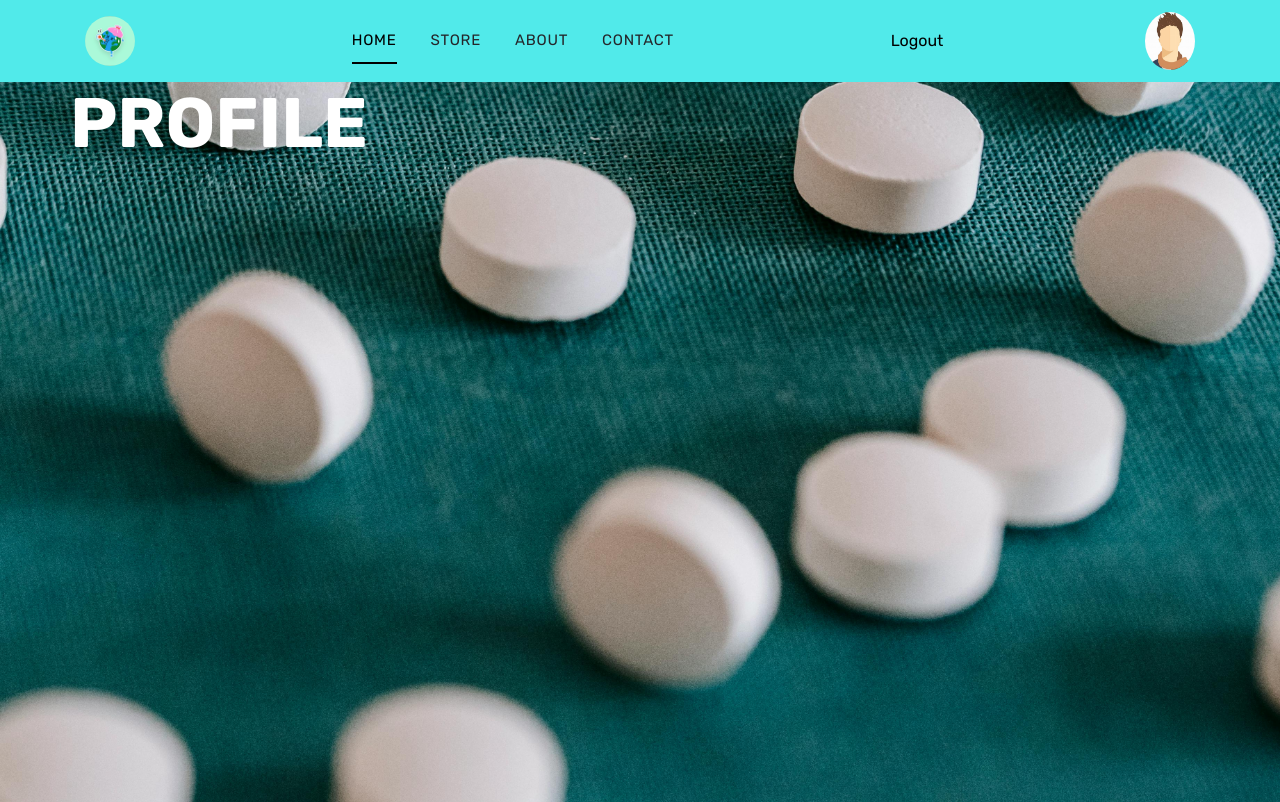
Repository: Argivist/Web-Doctor
Page: http://localhost/view/profile.php
An editor plug-in stored every save of this project. The page is shown before and after the next save, followed by the edit.
The browser window is 1280 px wide. The pictures show the whole page.
Some web fonts or font styles are not loaded; a fallback is used. The page is run by PHP 8.4 with error messages shown; the project is at /var/www/html/. The session is filled in as if someone had signed in: {"id": 1, "username": "Test User", "email": "test@example.com", "phone": 1, "address": 1, "role": "admin"}.

Above is the page before, as saved 2024-02-20 18:36:41.

After the next save:
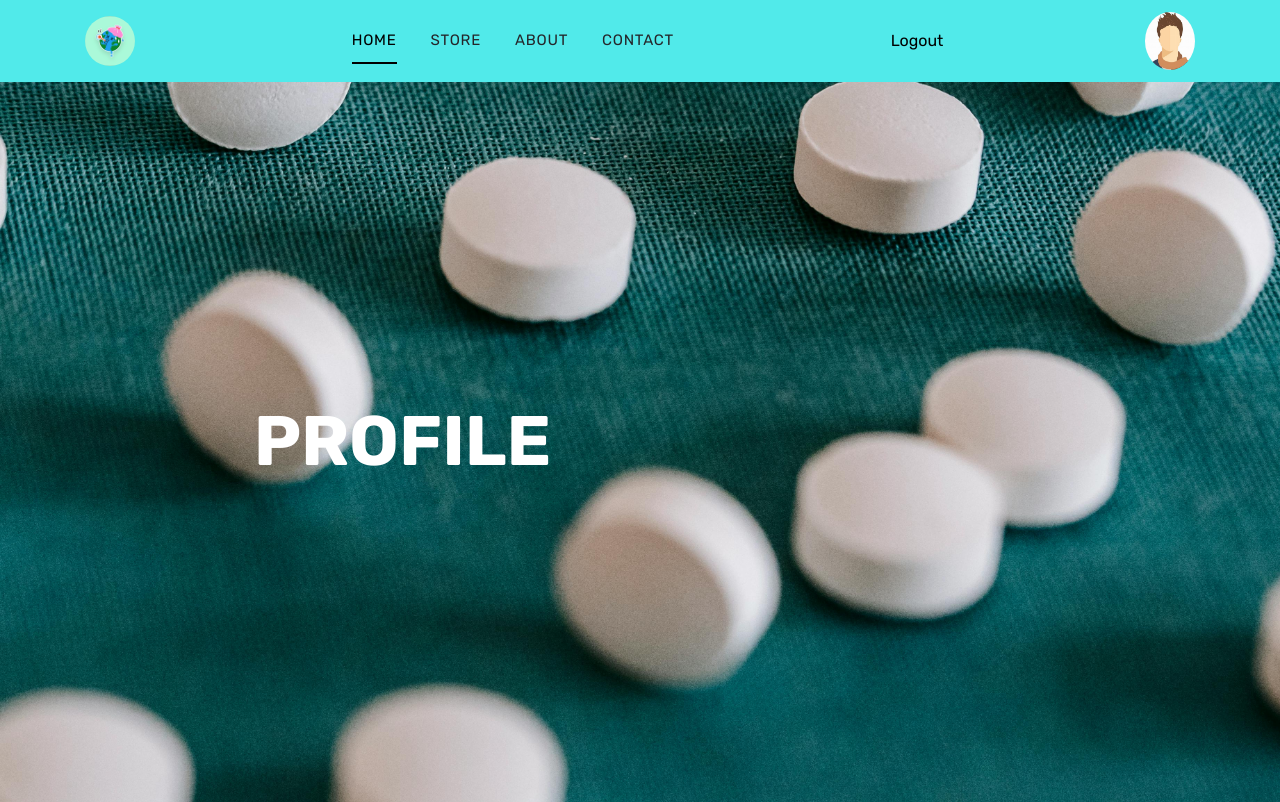
Saved 16 s later.
--- a/view/profile.php
+++ b/view/profile.php
@@ -76,8 +76,8 @@ session_start();
         <!--Image By: Photo by Alex Green: https://www.pexels.com/photo/pile-of-white-spilled-pills-5699514/-->
         <div class="site-blocks-cover" style="background-image: url('../img/background/pharmacy_1.jpg');">
       <div class="container">
-        <div class="row align-self-center">
-
+        <div class="row">
+          <div class="col-lg-7 order-lg-2 align-self-center">
             <div class="site-block-cover-content text-center">
              <!--Profile page-->
                 <h1 class="mb-0">Profile</h1>
@@ -85,7 +85,7 @@ session_start();
                     <form>
 
                         </form>
-
+                </div>
             </div>
           </div>
         </div>
